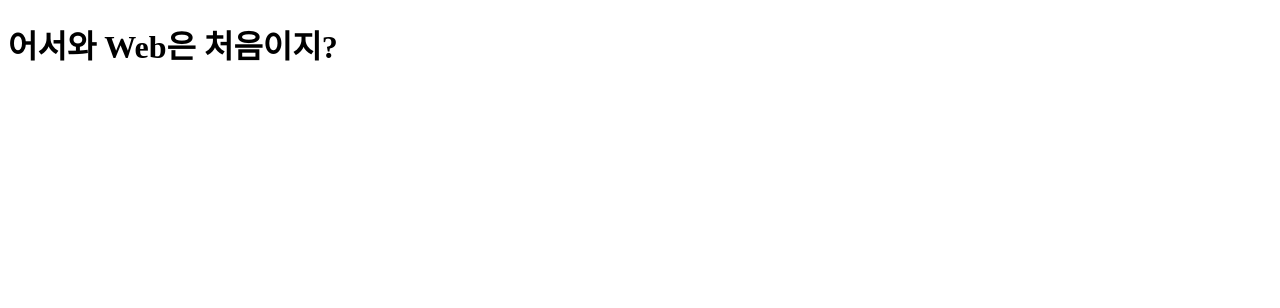
Repository: hyeye1/kh_webserverWorkspace
Page: 1_Servlet/WebContent/index.html
These files come from the project's save history. The page is drawn as it stood at one moment and after the next save; the edit follows.
The browser window is 1280 px wide. The pictures show the whole page.

Above is the page before, as saved 2021-03-25 00:35:35.

After the next save:
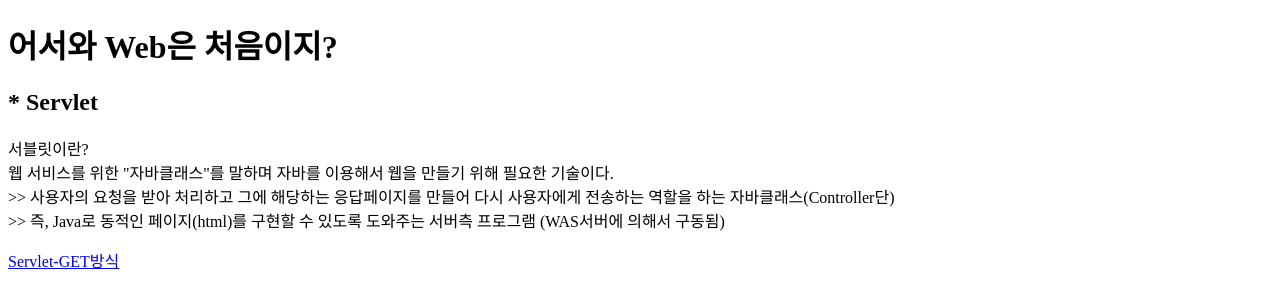
Saved 11 s later.
--- a/1_Servlet/WebContent/index.html
+++ b/1_Servlet/WebContent/index.html
@@ -6,5 +6,23 @@
 </head>
 <body>
 	<h1>어서와 Web은 처음이지?</h1>
+
+	<h2> * Servlet</h2>
+	<p>
+		서블릿이란? <br>
+		웹 서비스를 위한 "자바클래스"를 말하며 자바를 이용해서 웹을 만들기 위해 필요한 기술이다. <br>
+		>> 사용자의 요청을 받아 처리하고 그에 해당하는 응답페이지를 만들어 다시 사용자에게 전송하는 역할을 하는 자바클래스(Controller단)<br>
+		>> 즉, Java로 동적인 페이지(html)를 구현할 수 있도록 도와주는 서버측 프로그램 (WAS서버에 의해서 구동됨)
+	</p>
+	<!--
+		Java 클래스에서 웹페이지 구현을 위한 HTML이 들어간 구조라고 할 수 있음 (Java코드로 HTML 구현)
+		단, Servlet(Java)에 작성된 HTML 변경시 자바코드를 수정한 셈이기 때문에
+		수정된 재반영 시키고자 한다면 서버를 재실행 해야만 함!
+	 -->
+
+	 <a href="views/requestTest_GET.html">Servlet-GET방식</a>
+
+
+
 </body>
 </html>
